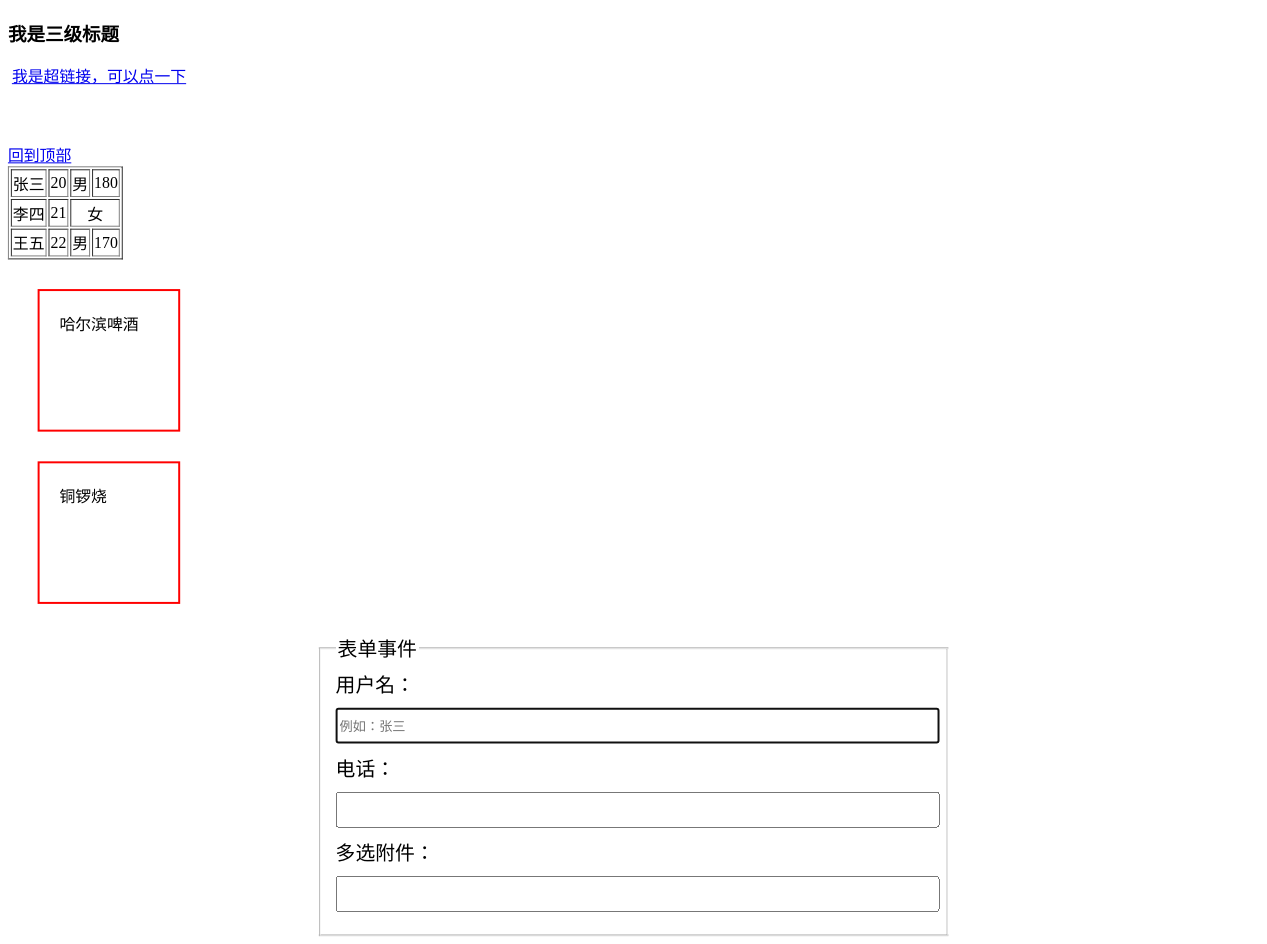
Repository: wyhzglgithub/mygitremote
Page: test.html
These files come from the project's save history. The page is drawn as it stood at one moment and after the next save; the edit follows.
The browser window is 1280 px wide. The pictures show the whole page, at 99% of full size.

Above is the page before, as saved 2021-10-11 13:47:25.

### test.html
<!DOCTYPE html>
<html lang="en">
<head>
    <meta charset="UTF-8">
    <meta http-equiv="X-UA-Compatible" content="IE=edge">
    <meta name="viewport" content="width=device-width, initial-scale=1.0">
    <title>Document</title>

    <style type="text/css">
        div{
            width: 100px;
            height: 100px;
            border: 2px solid red;
            padding: 20px;
            margin: 30px;
        }

        form{
           width: 100%;
           max-width: 640px;
           min-width: 320px;
           margin: 0 auto;
           font-family: "Microsoft Yahei";
           font-size: 20px;
        }

        input{
            display: block;
            width: 100%;
            height: 30px;
            margin: 10px 0;
        }

    </style>
</head>
<body>
    <h3>我是三级标题</h3>
    <img src="" alt="" />
    <a name="name1" href="https://www.baidu.com" title="悬停文本">我是超链接，可以点一下</a>
    <pre>

    </pre>
    <a href="#name1">回到顶部</a>

    <table border="1">
        <tr>
            <td>张三</td>
            <td>20</td>
            <td>男</td>
            <td>180</td>
        </tr>
        <tr>
            <td>李四</td>
            <td>21</td>
            <td colspan="2" align="center">女</td>
        </tr>
        <tr>
            <td>王五</td>
            <td>22</td>
            <td>男</td>
            <td>170</td>
        </tr>
    </table>

    <div>哈尔滨啤酒</div>
    <div>铜锣烧</div>

    <form action="">
        <fieldset>
            <legend>表单事件</legend>
            <label for="">
                用户名：<input type="text" placeholder="例如：张三" autofocus name="userName" autocomplete="on" required />
            </label>
            <label for="">
                电话：<input type="tel" pattern="1\d{10}" />
            </label>
            <label for="">
                多选附件：<input type="tel" pattern="1\d{10}" />
            </label>
        </fieldset>
    </form>


</body>
</html>

After the next save:
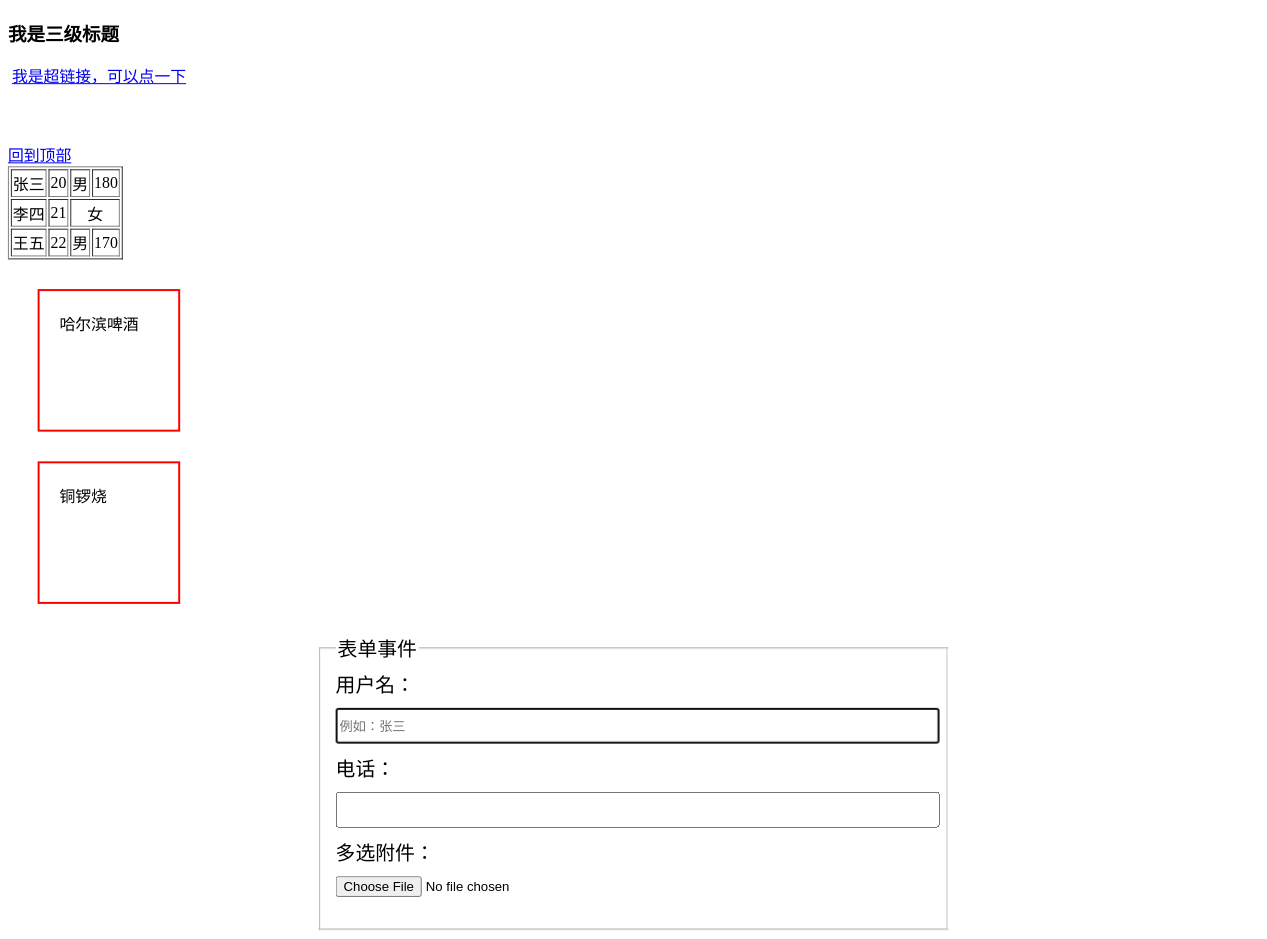
Saved 5 s later.
--- a/test.html
+++ b/test.html
@@ -75,7 +75,7 @@
                 电话：<input type="tel" pattern="1\d{10}" />
             </label>
             <label for="">
-                多选附件：<input type="tel" pattern="1\d{10}" />
+                多选附件：<input type="file" pattern="1\d{10}" />
             </label>
         </fieldset>
     </form>
